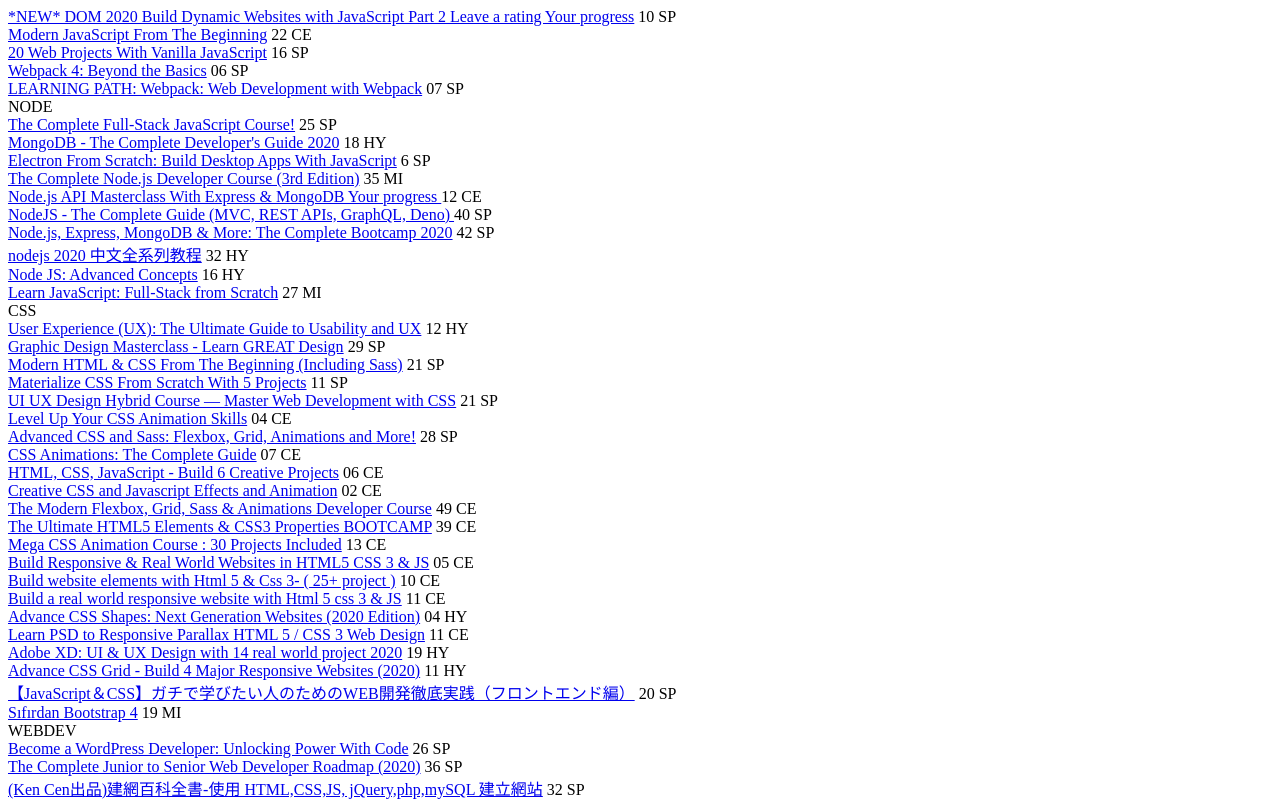
Repository: ClementLight/plan
Page: tmp.html
The author's editor kept a copy of each file at every save. The page is drawn from the files as they stood at one save, then again after the next save.
The browser window is 1280 px wide. The pictures show the whole page.

Above is the page before, as saved 2020-09-01 14:30:33.

After the next save:
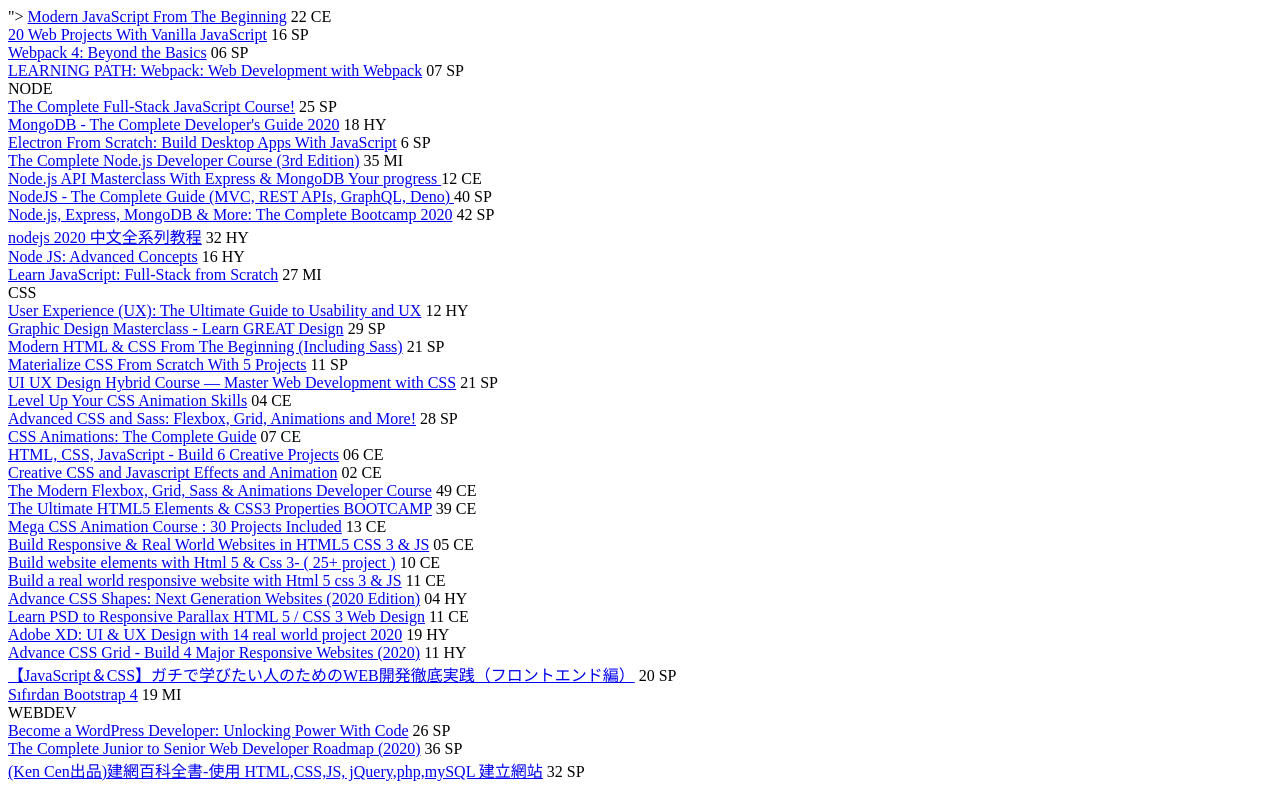
Saved 5 s later.
--- a/tmp.html
+++ b/tmp.html
@@ -1,10 +1,4 @@
-
-        <div class="lesson lesson-background-filter">
-          <a class="lessonname" href="https://www.udemy.com/course/build-dynamic-websites-dom-2/learn/lecture/17908964#overview">*NEW* DOM 2020 Build Dynamic Websites with JavaScript Part 2 Leave a rating Your progress</a>
-          <span class="hours">10</span>
-          <span class="account">SP</span>
-        </div>
-        <div class="lesson lesson-background-filter">
+">
           <a class="lessonname" href="https://www.udemy.com/course/modern-javascript-from-the-beginning/learn/lecture/8762504?start=0#overview">Modern JavaScript From The Beginning</a>
           <span class="hours">22</span>
           <span class="account">CE</span>
